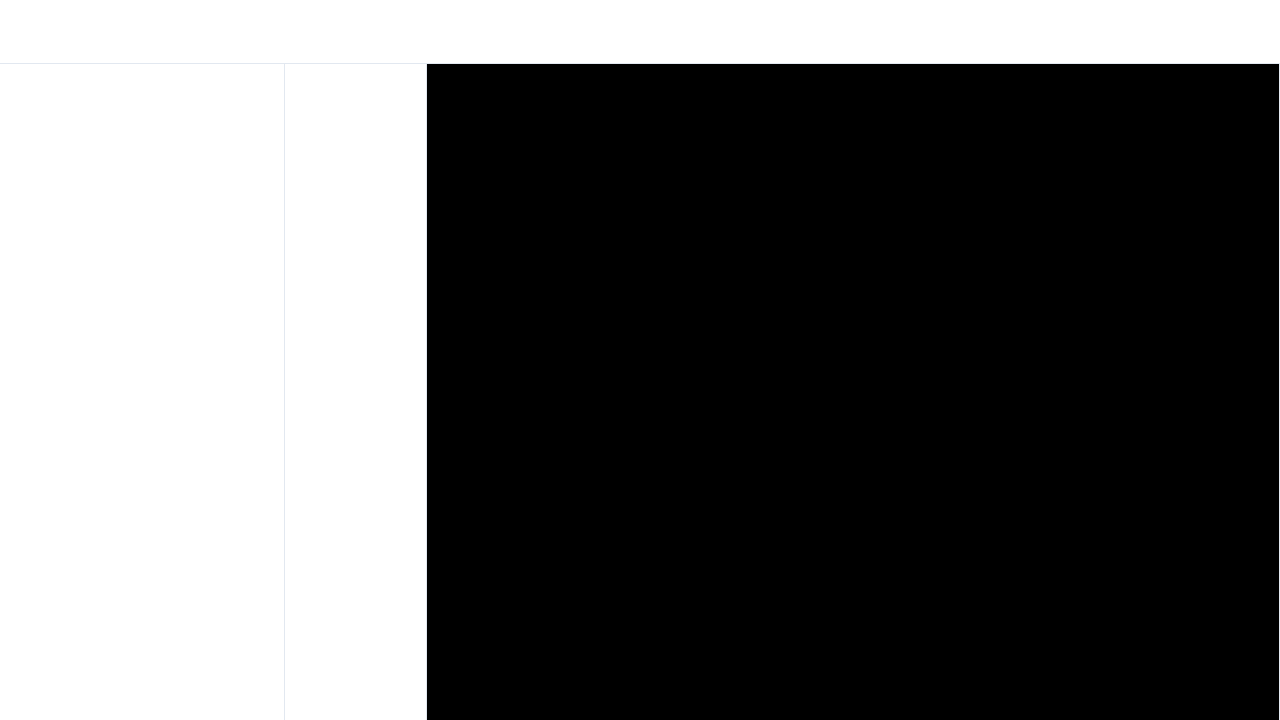
Repository: VictorJPimentel/Resume-Matcher
Page: / (app in frontend/)
The author's editor kept a copy of each file at every save. The page is drawn from the files as they stood at one save, then again after the next save.
The browser window is 1280 px wide. The pictures show the whole page.
The project was rebuilt for these pictures with package versions that can differ from the ones it lists, and the page was loaded fresh each time. Also part of the build but not shown: frontend/src/components/FileUpload.jsx.

Above is the page before, as saved 2022-08-09 20:03:05.

### frontend/src/App.jsx
import axios from "axios";
import React, { useEffect, useState } from "react";
import "./App.css";
import "bootstrap/dist/css/bootstrap.min.css";
import "../node_modules/bootstrap/dist/css/bootstrap.min.css";
import "bootstrap/dist/css/bootstrap.min.css";
import { useDropzone } from "react-dropzone";
import { Routes, Route, useLocation } from "react-router-dom";
import Home from "./pages/Home";

import FileUpload from "./components/FileUpload";

function App() {
  // const [ name, setName ] = useState("")
  // const [home, setHome] = useState("")
  const [keywords, setKey] = useState("");
  const [database, setDatabase] = useState("");

  // useEffect(() => {
  //   axios.get("http://localhost:4000/keywords").then(function (response) {
  //     setKey(response.data);
  //   });
  // });

  // useEffect(() => {
  //   axios.get("http://localhost:4000/database").then(function (response) {
  //     setDatabase(response.data);
  //   });
  // });

  // useEffect(() => {
  //   axios.get("http://localhost:4000/home").then(function(response){
  //     setHome(response.data)
  //   })
  // })

  // async function postName(e) {
  // 	e.preventDefault()
  // 	try {
  // 		await axios.post("http://localhost:4000/post_name", {
  // 			name
  // 		})
  // 	} catch (error) {
  // 		console.error(error)
  // 	}
  // }

  // /* <form onSubmit={postName}>
  //                       <input type="text" value={name} onChange={(e) => setName(e.target.value)} />
  //                       <button type="submit">Send Name</button>
  //                   </form> */

  const [files, setFiles] = useState([]);

  const { getRootProps, getInputProps } = useDropzone({
    accept: "image/*",
  });

  const images = files.map((file) => (
    <div key={file.name}>
      <div>
        <img src={file.preview} style={{ width: "200px" }} alt="preview" />
      </div>
    </div>
  ));

  return (
    <>
      <Routes>
        <Route exact path="/" element={<Home />} />
      </Routes>
    </>
  );
}

export default App;

### frontend/src/pages/Home.jsx
import React, { useState } from "react";

// import Sidebar from "../partials/Sidebar";
import Header from "../components/Header";
import Filter from "../components/Filters";
import Candidates from "../components/Candidates";
import Resume from "../components/Resume";
// import WelcomeBanner from "../partials/dashboard/WelcomeBanner";

function Home() {
  return (
    <div className="flex h-screen overflow-hidden">
      <div className="relative flex flex-col flex-1 overflow-y-auto overflow-x-hidden">
        {/*  Site header */}
        <Header />

        <main className="flex h-screen">
          <Filter />
          <Candidates />
          <Resume />
        </main>
      </div>
    </div>
  );
}

export default Home;

### frontend/src/components/Header.jsx
import React, { useState } from "react";

function Header() {
  return (
    <header className="top-0 bg-white border-b border-slate-200 z-30">
      <div className="px-4 sm:px-6 lg:px-8">
        <div className="flex items-center justify-between h-16 -mb-px">
          {/* Header: Left side */}
          <div className="flex">
            {/* Hamburger button */}
            <button
              className="text-slate-500 hover:text-slate-600 lg:hidden"
              aria-controls="sidebar"
            >
              <span className="sr-only">Open sidebar</span>
              <svg
                className="w-6 h-6 fill-current"
                viewBox="0 0 24 24"
                xmlns="http://www.w3.org/2000/svg"
              >
                <rect x="4" y="5" width="16" height="2" />
                <rect x="4" y="11" width="16" height="2" />
                <rect x="4" y="17" width="16" height="2" />
              </svg>
            </button>
          </div>

          {/* Header: Right side */}
        </div>
      </div>
    </header>
  );
}

export default Header;

### frontend/src/components/Filters.jsx
import React, { useState, useEffect, useRef } from "react";
import { NavLink, useLocation } from "react-router-dom";

function Filter() {
  return (
    <div
      className="flex flex-col z-40 left-0 top-0 h-full no-scrollbar w-2/6 border-r border-slate-200
       "
    ></div>
  );
}

export default Filter;

### frontend/src/components/Candidates.jsx
import React, { useState, useEffect, useRef } from "react";

function Candidates() {
  return (
    <div
      className="flex flex-col z-40 left-0 top-0 h-full no-scrollbar w-1/6 border-r border-slate-200
       "
    ></div>
  );
}

export default Candidates;

### frontend/src/components/Resume.jsx
import React, { useState, useEffect, useRef } from "react";

function Resume() {
  return (
    <div
      className="flex flex-col z-40 left-0 top-0 h-full no-scrollbar w-full border-r border-slate-200 bg-black
       "
    ></div>
  );
}

export default Resume;

Loaded but not shown: frontend/public/index.html (common file); frontend/src/index.js (common file); frontend/src/index.css (common file); frontend/src/reportWebVitals.js (common file); frontend/src/App.css (common file); frontend/tailwind.config.js (common file)

After the next save:
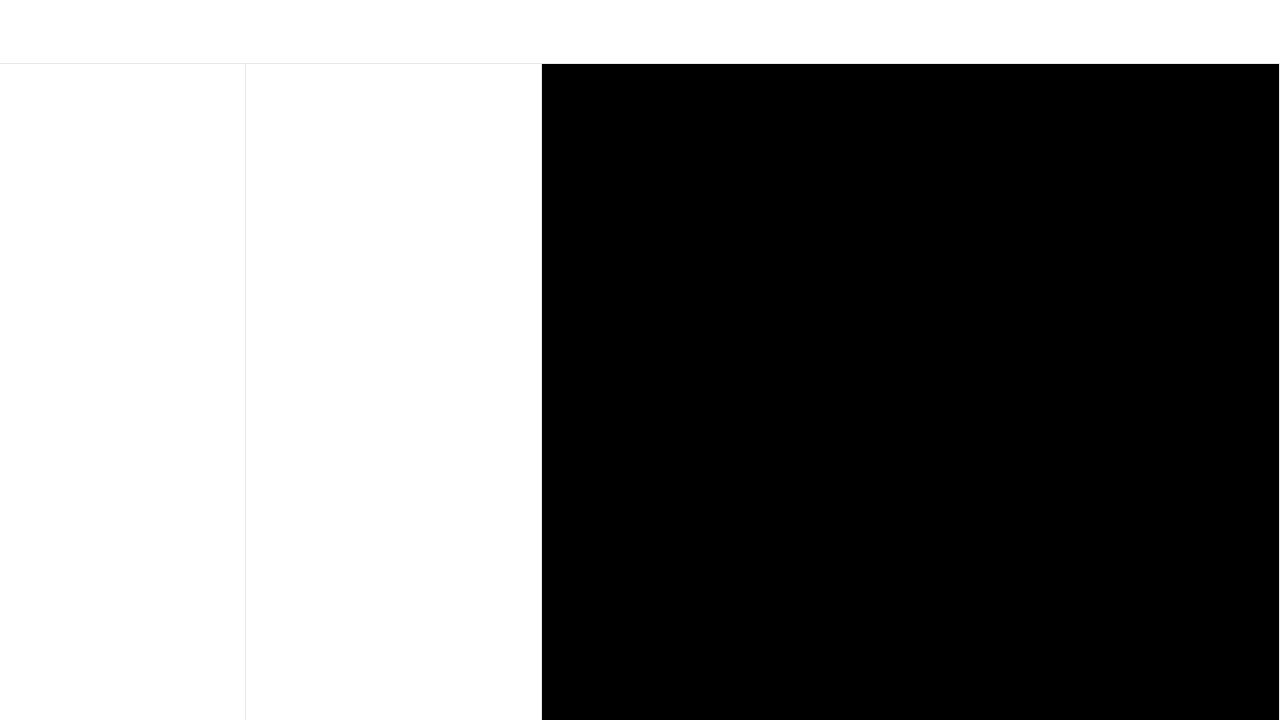
Saved 32 s later.
--- a/frontend/src/components/Candidates.jsx
+++ b/frontend/src/components/Candidates.jsx
@@ -3,7 +3,7 @@ import React, { useState, useEffect, useRef } from "react";
 function Candidates() {
   return (
     <div
-      className="flex flex-col z-40 left-0 top-0 h-full no-scrollbar w-1/6 border-r border-slate-200
+      className="flex flex-col z-40 left-0 top-0 h-full no-scrollbar w-2/5 border-r border-slate-200
        "
     ></div>
   );
